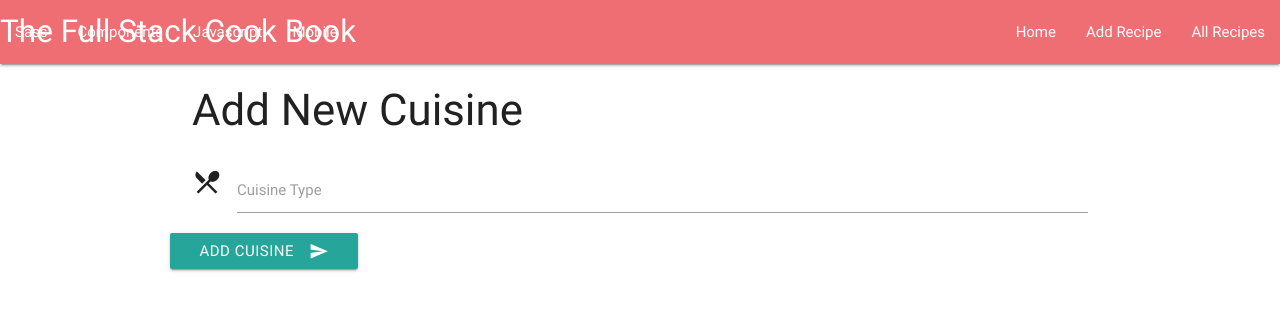
Repository: nakitamccool/francisillingworth-milestone-project-3
Page: http://localhost/add_cuisine
The author's editor kept a record of every edit. The page is drawn from the files as they stood at one moment, then again after the next edit.
The browser window is 1280 px wide. The pictures show the whole page.
The page is served by the project's application, run on Flask 3 (app.py). Queries for data that is not in the repository find no rows.

Above is the page before.

### templates/addcuisine.html
{% extends 'base.html' %} {% block content %}

<h3>Add New Cuisine</h3>
<div class="row">
    <form action="{{ url_for('insert_cuisine') }}" method="POST" class="col s12">
        <div class="row">
            <div class="input-field col s12">
                <i class="material-icons prefix">local_dining</i>
                <input id="cuisine_type" name="cuisine_type"  type="text" class="validate">
                <label for="icon_prefix">Cuisine Type</label>
            </div>
             <div class="row">
            <button class="btn waves-effect waves-light" type="submit" name="action">Add Cuisine
                <i class="material-icons right">send</i>
            </button>
        </div>



    </form>
</div>



{% endblock %}

### templates/base.html
<!DOCTYPE html>
<html lang="en">
<head>
    <link href="https://fonts.googleapis.com/icon?family=Material+Icons"
      rel="stylesheet">
    <link rel="stylesheet"  href="https://cdnjs.cloudflare.com/ajax/libs/materialize/0.100.2/css/materialize.min.css">
    <link rel="stylesheet" href="{{url_for('static' , filename = "css/style.css")}}" type="text/css" />

</head>
<body>
  <header>
    <nav>
    <div class="nav-wrapper">
      <a href="#" class="brand-logo">The Full Stack Cook Book</a>
      <ul id="nav-mobile" class="right hide-on-med-and-down">
        <li><a href="index.html">Home</a></li>
        <li><a href="{{ url_for('add_recipe') }}">Add Recipe</a></li>
        <li><a href="{{ url_for('get_recipes') }}">All Recipes</a></li>
      </ul>
      <ul class="sidenav" id="mobile-demo">
    <li><a href="sass.html">Sass</a></li>
    <li><a href="badges.html">Components</a></li>
    <li><a href="collapsible.html">Javascript</a></li>
    <li><a href="mobile.html">Mobile</a></li>
  </ul>
    </div>
  </nav>



  </header>
    <div class="container">
    {% block content %}
    {% endblock %}
    </div>
    <script src="https://cdnjs.cloudflare.com/ajax/libs/jquery/3.4.1/jquery.min.js" integrity="sha256-CSXorXvZcTkaix6Yvo6HppcZGetbYMGWSFlBw8HfCJo=" crossorigin="anonymous"></script>
    <script src="https://cdnjs.cloudflare.com/ajax/libs/materialize/0.100.2/js/materialize.min.js"></script>
    <script type="text/javascript">
         $(document).ready(function(){
    $('.collapsible').collapsible();
    $('select').material_select();
  });

    </script>


</body>
</html>

### app.py
import os
from flask import Flask , render_template, redirect, request, url_for
from flask_pymongo import PyMongo
from bson.objectid import ObjectId


db_password = os.environ.get('DB_PASSWORD')

app = Flask(__name__)

app.config["MONGO_DBNAME"] = 'recipe_project'
app.config["MONGO_URI"] = 'mongodb+srv://root:r00tUser@myfirstcluster-aogax.mongodb.net/recipe_project?retryWrites=true&w=majority'

mongo = PyMongo(app)

@app.route('/')



@app.route('/index')
def index():
    return render_template("index.html")


@app.route('/get_recipes')
def get_recipes():
    return render_template("recipes.html", recipes=mongo.db.recipe.find())


@app.route('/add_recipe')
def add_recipe():
    return render_template('addrecipe.html', cuisine=mongo.db.cuisine.find())


@app.route('/insert_recipe', methods=['POST'])
def insert_recipe():
    recipes=mongo.db.recipe
    recipes.insert_one(request.form.to_dict())
    return redirect(url_for('get_recipes'))


@app.route('/edit_recipe/<recipe_id>')
def edit_recipe(recipe_id):
    the_recipe = mongo.db.recipe.find_one({"_id": ObjectId(recipe_id)})
    all_cuisine = mongo.db.cuisine.find()
    return render_template('editrecipe.html', recipe = the_recipe, cuisine=all_cuisine)



@app.route('/update_recipe/<recipe_id>', methods = ["POST"])
def update_recipe(recipe_id):
    recipes = mongo.db.recipe
    recipes.update( {'_id': ObjectId(recipe_id)},
    {
        'recipe_name' : request.form.get('recipe_name'),
        'cuisine_type' : request.form.get('cuisine_type'),
        'author' : request.form.get('author'),
        'ingredients' : request.form.get('ingredients'),
        'method' : request.form.get('method'),
        'cook_time' : request.form.get('cook_time'),
    })
    return redirect(url_for('get_recipes'))

@app.route('/delete_recipe/<recipe_id>')
def delete_recipe(recipe_id):
    mongo.db.recipe.remove({'_id':ObjectId(recipe_id)})
    return redirect(url_for('get_recipes'))





@app.route('/get_cuisines')
def get_cuisines():
    return render_template('cuisines.html', cuisine=mongo.db.cuisine.find())


@app.route('/edit_cuisine/<cuisine_id>')
def edit_cuisine(cuisine_id):
    return render_template('editcuisine.html', cuisine=mongo.db.cuisine.find_one({'_id':ObjectId(cuisine_id)}))


@app.route('/update_cuisine/<cuisine_id>', methods=['POST'])
def update_cuisine(cuisine_id):
    mongo.db.cuisine.update(
        {'_id': ObjectId(cuisine_id)},
        {'cuisine_type': request.form.get('cuisine_type')})
    return redirect(url_for('get_cuisines'))



@app.route('/add_cuisine')
def add_cuisine():
    return render_template('addcuisine.html', cuisine=mongo.db.cuisine.find())


@app.route('/insert_cuisine', methods=['POST'])
def insert_cuisine():
    cuisines=mongo.db.cuisine
    cuisines.insert_one(request.form.to_dict())
    return redirect(url_for('add_recipe'))



@app.route('/delete_cuisine/<cuisine_id>')
def delete_cuisine(cuisine_id):
    mongo.db.cuisine.remove({'_id':ObjectId(cuisine_id)})
    return redirect(url_for('get_cuisines'))



@app.route('/add_cuisine_edit')
def add_cuisine_edit():
    return render_template('addcuisine-edit.html', cuisine=mongo.db.cuisine.find())


@app.route('/insert_cuisine_edit', methods=['POST'])
def insert_cuisine_edit():
    cuisines=mongo.db.cuisine
    cuisines.insert_one(request.form.to_dict())
    return redirect(url_for('get_cuisines'))



@app.route('/find_recipe')
def find_recipe():
    return render_template("findrecipe.html", cuisine=mongo.db.cuisine.find(), authors=mongo.db.recipe.find().distinct('author'))

@app.route('/filter_recipes')
def filter_recipes():
        cuisines=mongo.db.cuisine
        recipes=mongo.db.recipe
        mongo.db.recipe.find({ cuisine_type : "{{cuisine_type}}" })

        return render_template("results.html")





if __name__ == '__main__':
    app.run(host=os.environ.get('IP'),
            port=int(os.environ.get('PORT')),
            debug=True)

### static/css/style.css
.btn_edit{
    height:28px;
    margin: 5px 15px;
    line-height: 28px;
    padding-left: 3px;
    padding-right: 6px;



}

.btn_delete{
    height:28px;
    margin: 5px 15px ;
    line-height: 28px;
    padding-left: 5px;
    padding-right: 5px;
    background-color: #b70808;

}

.collapsible-header i {
 margin:0;}

 .btn_delete:hover {
    background-color: #71231d;
}

.cancel_button{
    margin: 5px 15px;
    padding-left: 3px;
    padding-right: 6px;
    background-color: #b70808

}


 .cancel_button:hover {
    background-color: #71231d;
}


.recipe_header{
    margin-top:5px;
    margin-right: 20px;
}

.deleteEdit{
    margin-left:auto;
    margin-right:0;
}

.add_cuisine{
    margin-top: 0;
    margin-left:5%;
}

.split {
  height: 100%;
  width: 50%;
  position: fixed;
  z-index: -1;
  top: 0;
  overflow-x: hidden;
  padding-top: 20px;
}
.right {
  right: 0;
  border-left-color:black;
  border-left-width:5px;


}

.centered {
  position: absolute;
  top: 50%;
  left: 50%;
  transform: translate(-50%, -50%);
  text-align: center;
}

.findRecipe{
    padding:10px;
    opacity: 1
}

.addRecipe{
    opacity: 1

}
img{
    position: fixed;
    opacity: 0.3;

    z-index: -2




}

.box{
    background-color: #ff8a0017;
    border-radius: 20px;
    padding-left: 20px;
    padding-right: 20px;

}

After the next edit:
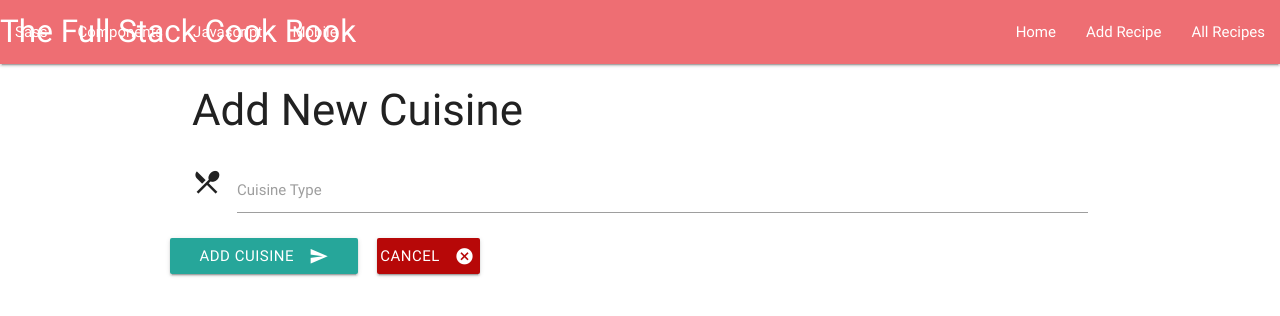
The edit:
--- a/templates/addcuisine.html
+++ b/templates/addcuisine.html
@@ -13,6 +13,9 @@
             <button class="btn waves-effect waves-light" type="submit" name="action">Add Cuisine
                 <i class="material-icons right">send</i>
             </button>
+            <a href="{{ url_for('add_recipe') }}" class="waves-effect waves-light btn cancel_button">
+                <i class="material-icons right">cancel</i>Cancel
+            </a>
         </div>
 
 
